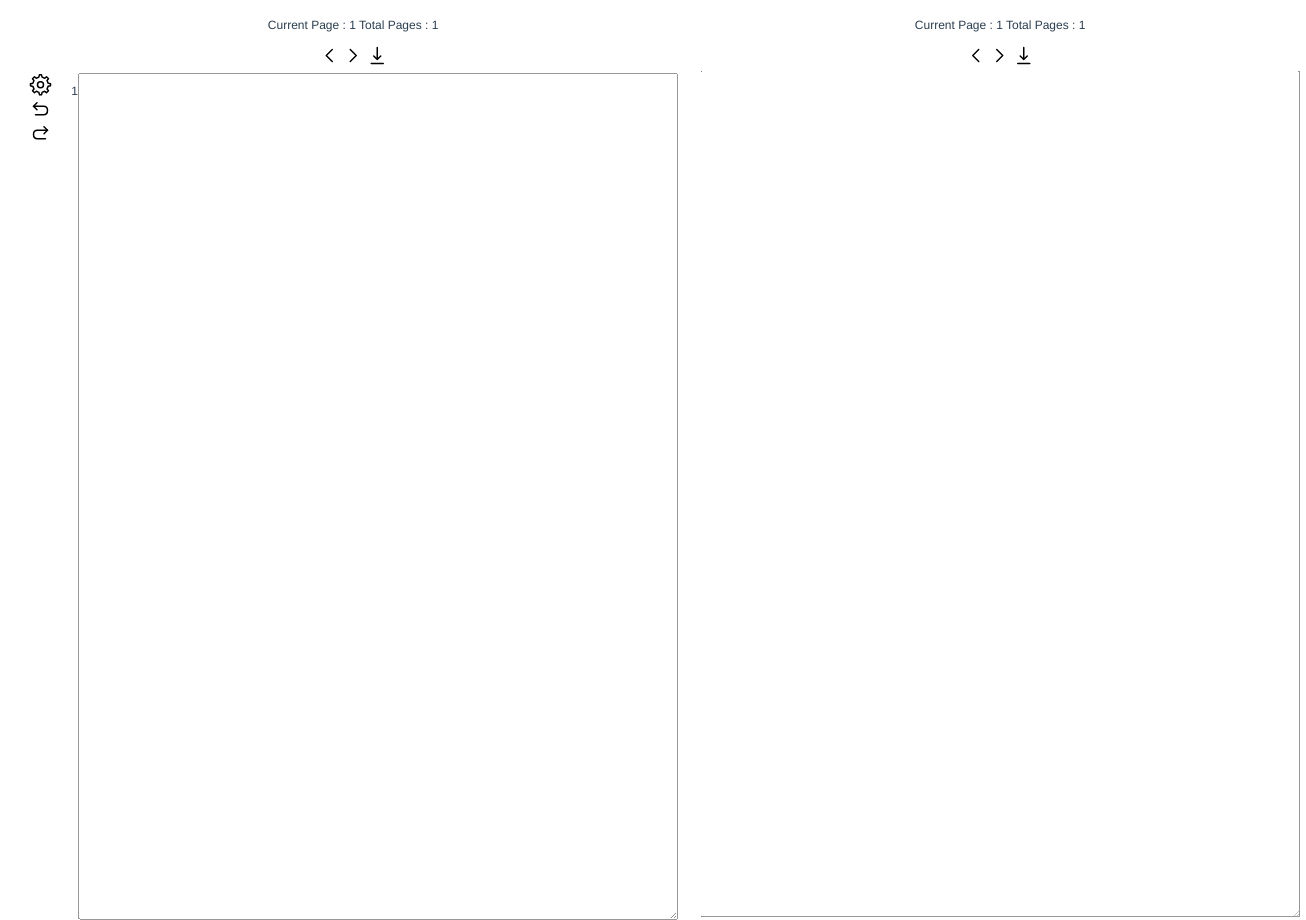
Repository: 321paranoiawhy/online-resume
Page: /
These files come from the project's save history. The page is drawn as it stood at one moment and after the next save; the edit follows.
The browser window is 1280 px wide. The page is 1733 px wide, then 1741 px, then 1733 px, so the pictures cover 1741 px, including what lies to the right of the window. The pictures show the whole page, at 75% of full size.
The project was rebuilt for these pictures with package versions that can differ from the ones it lists, and the page was loaded fresh each time. Also part of the build but not shown: vue.config.js, src/components/Header.vue, src/components/Introduction.vue, src/components/Footer.vue.

Above is the page before, as saved 2022-05-28 21:14:08.

After the next save:
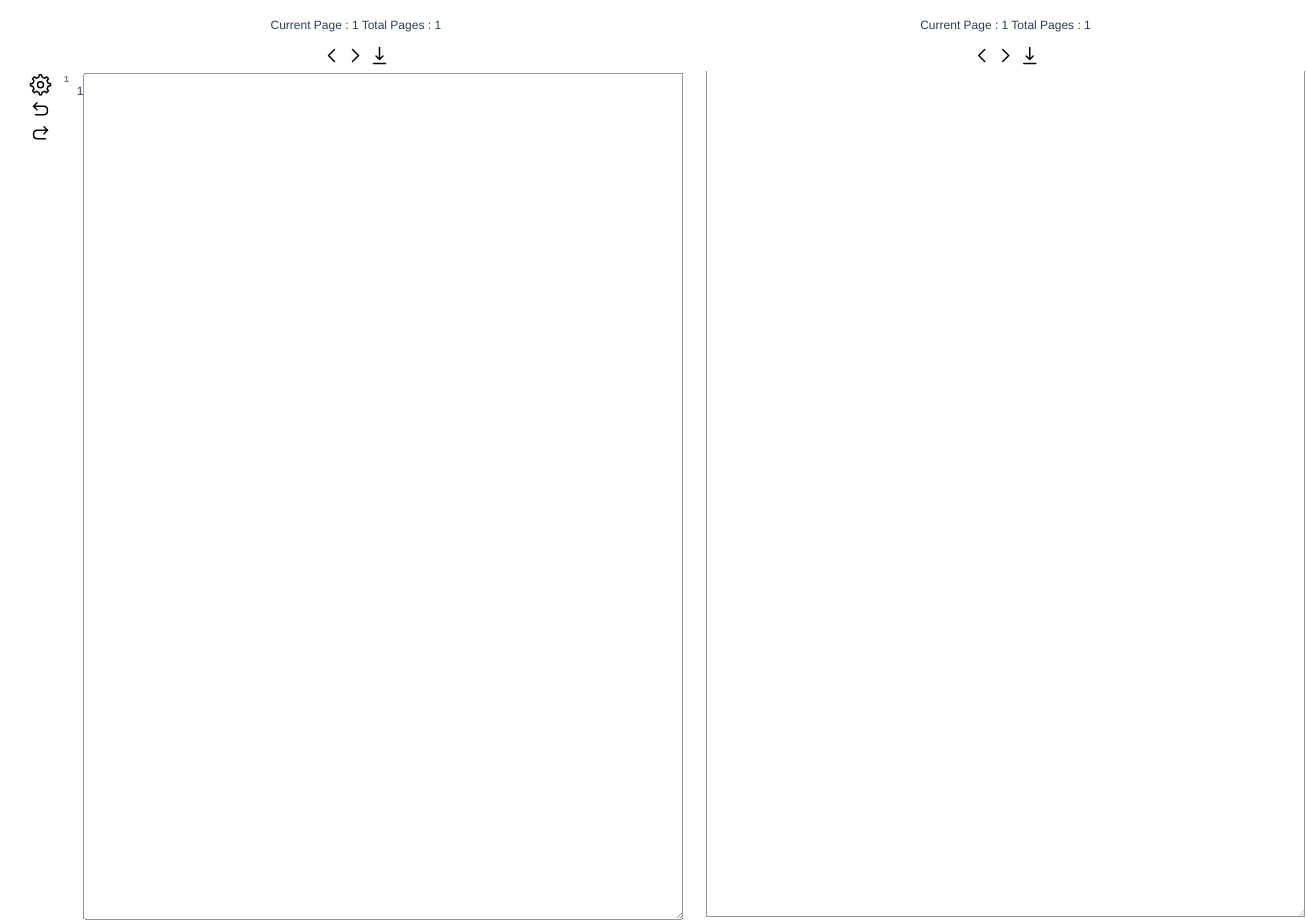
Saved 23 s later.
--- a/src/components/LineNumbers.vue
+++ b/src/components/LineNumbers.vue
@@ -19,17 +19,17 @@
         let leftLine = ref(store.state.leftLine);
         // console.log(store.state.leftLine);
         // Array.from({ length: store.state.leftLine },(_,index)=>index+1);
-        let lineNumbersArray;
+        // let lineNumbersArray;
         // watch(leftLine, () => {
         //     lineNumbersArray = Array.from(
         //         { length: store.state.leftLine },
         //         (_, index) => index + 1
         //     );
         // });
-        // let lineNumbersArray = Array.from(
-        //     { length: store.state.leftLine },
-        //     (_, index) => index + 1
-        // );
+        let lineNumbersArray = Array.from(
+            { length: store.state.leftLine },
+            (_, index) => index + 1
+        );
         // console.log(lineNumbersArray);
         return {
             lineNumbersArray,

After the 4 saves that followed:
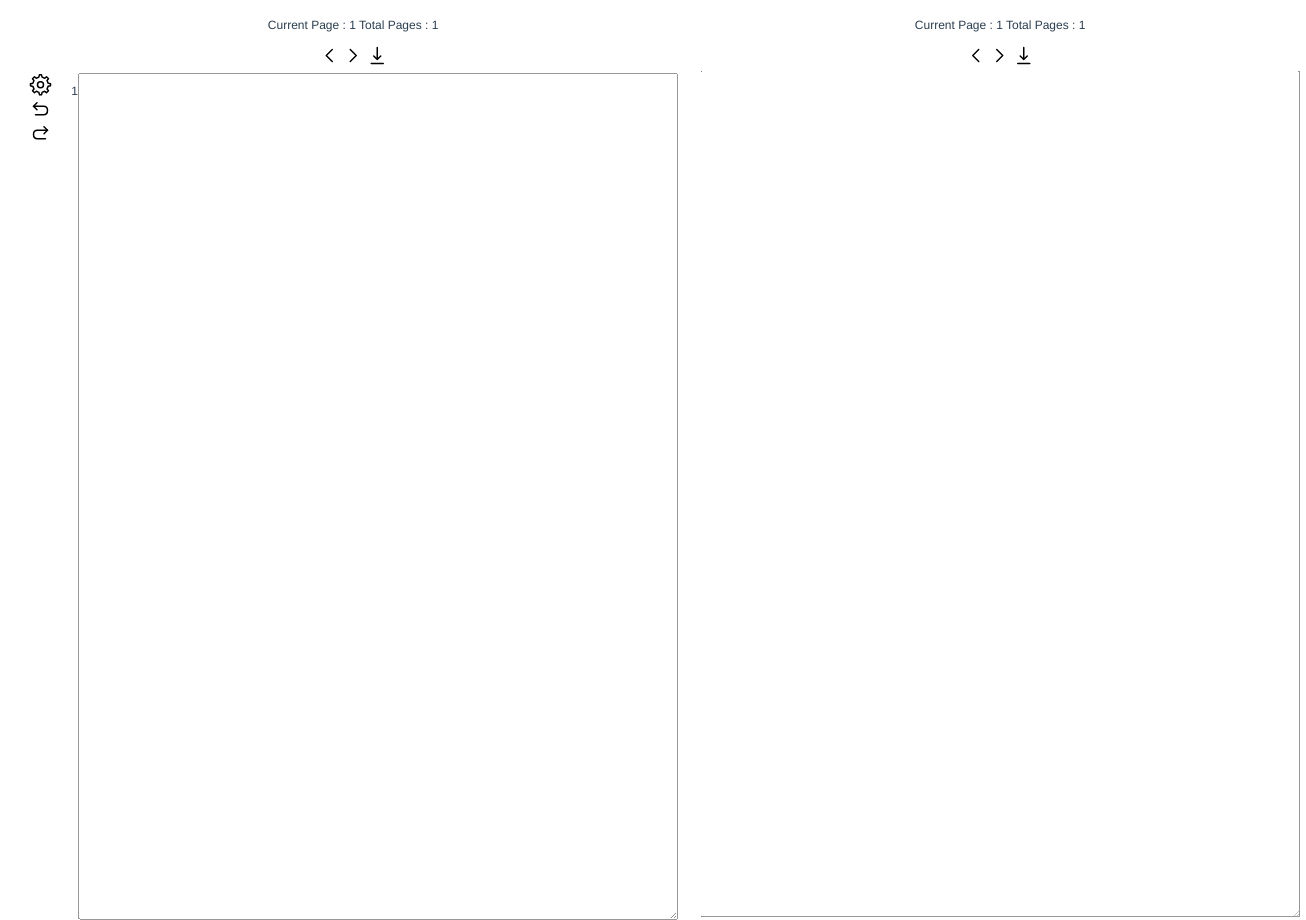
The 4 saves are shown as one change because 1 did not build or start and 2 left the picture as it was.
The last was saved 83 s later.
--- a/src/store/index.js
+++ b/src/store/index.js
@@ -13,7 +13,7 @@ export default createStore({
     // 左边 input 行数
     getLeftLine(state, data) {
       state.leftLine = data;
-      console.log(state.leftLine);
+      // console.log(state.leftLine);
     },
     // 右边 当前列数
     getLeftColumn(state, data) {
--- a/src/components/LineNumbers.vue
+++ b/src/components/LineNumbers.vue
@@ -19,18 +19,18 @@
         let leftLine = ref(store.state.leftLine);
         // console.log(store.state.leftLine);
         // Array.from({ length: store.state.leftLine },(_,index)=>index+1);
-        // let lineNumbersArray;
-        // watch(leftLine, () => {
-        //     lineNumbersArray = Array.from(
-        //         { length: store.state.leftLine },
-        //         (_, index) => index + 1
-        //     );
-        // });
-        let lineNumbersArray = Array.from(
-            { length: store.state.leftLine },
-            (_, index) => index + 1
-        );
-        // console.log(lineNumbersArray);
+        let lineNumbersArray;
+        watch(leftLine, () => {
+            lineNumbersArray = Array.from(
+                { length: store.state.leftLine },
+                (_, index) => index + 1
+            );
+        });
+        // let lineNumbersArray = Array.from(
+        //     { length: store.state.leftLine },
+        //     (_, index) => index + 1
+        // );
+        console.log(lineNumbersArray);
         return {
             lineNumbersArray,
             store,
